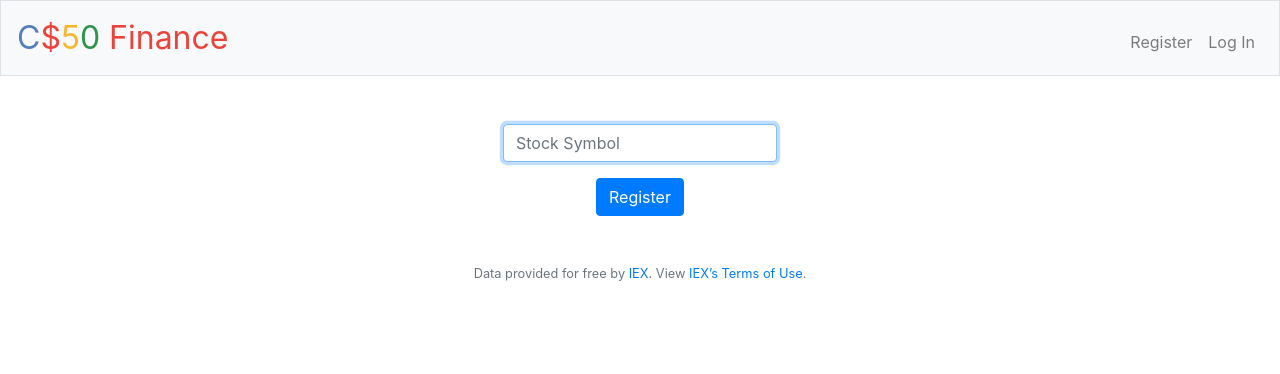
Repository: Mackeyrw/gitTest-CS50
Page: pset8/finance/templates/buy.html
The author's editor kept a record of every edit. The page is drawn from the files as they stood at one moment, then again after the next edit.
The browser window is 1280 px wide. The pictures show the whole page.
The template is drawn by Flask 3. The application's start-up code is not run. The template is opened directly, without the code that normally fills it, so the values that code supplies are empty.

Above is the page before.

After the next edit:
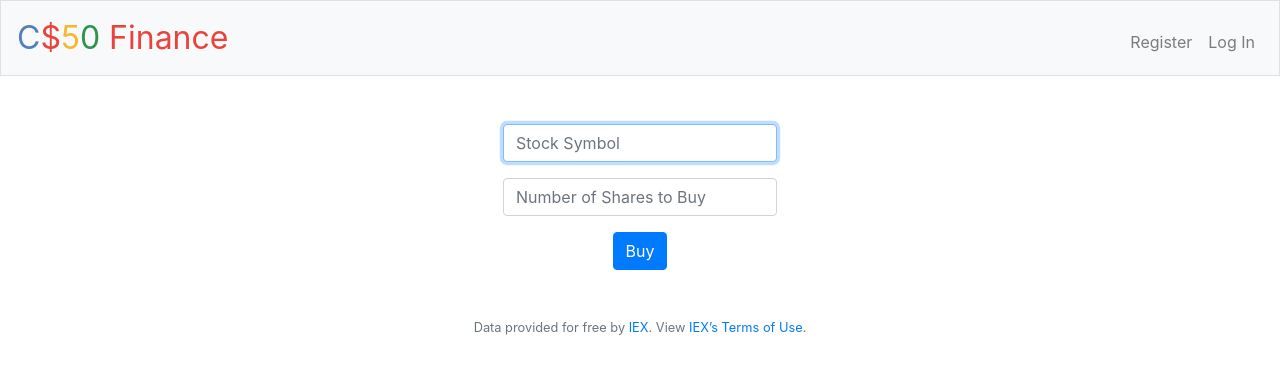
The edit:
--- a/pset8/finance/templates/buy.html
+++ b/pset8/finance/templates/buy.html
@@ -9,6 +9,9 @@
         <div class="form-group">
             <input autocomplete="off" autofocus class="form-control" name="symbol" placeholder="Stock Symbol" type="text">
         </div>
-        <button class="btn btn-primary" type="submit">Register</button>
+        <div class="form-group">
+            <input autocomplete="off" autofocus class="form-control" name="shares" placeholder="Number of Shares to Buy" type="text">
+        </div>
+        <button class="btn btn-primary" type="submit">Buy</button>
     </form>
 {% endblock %}
